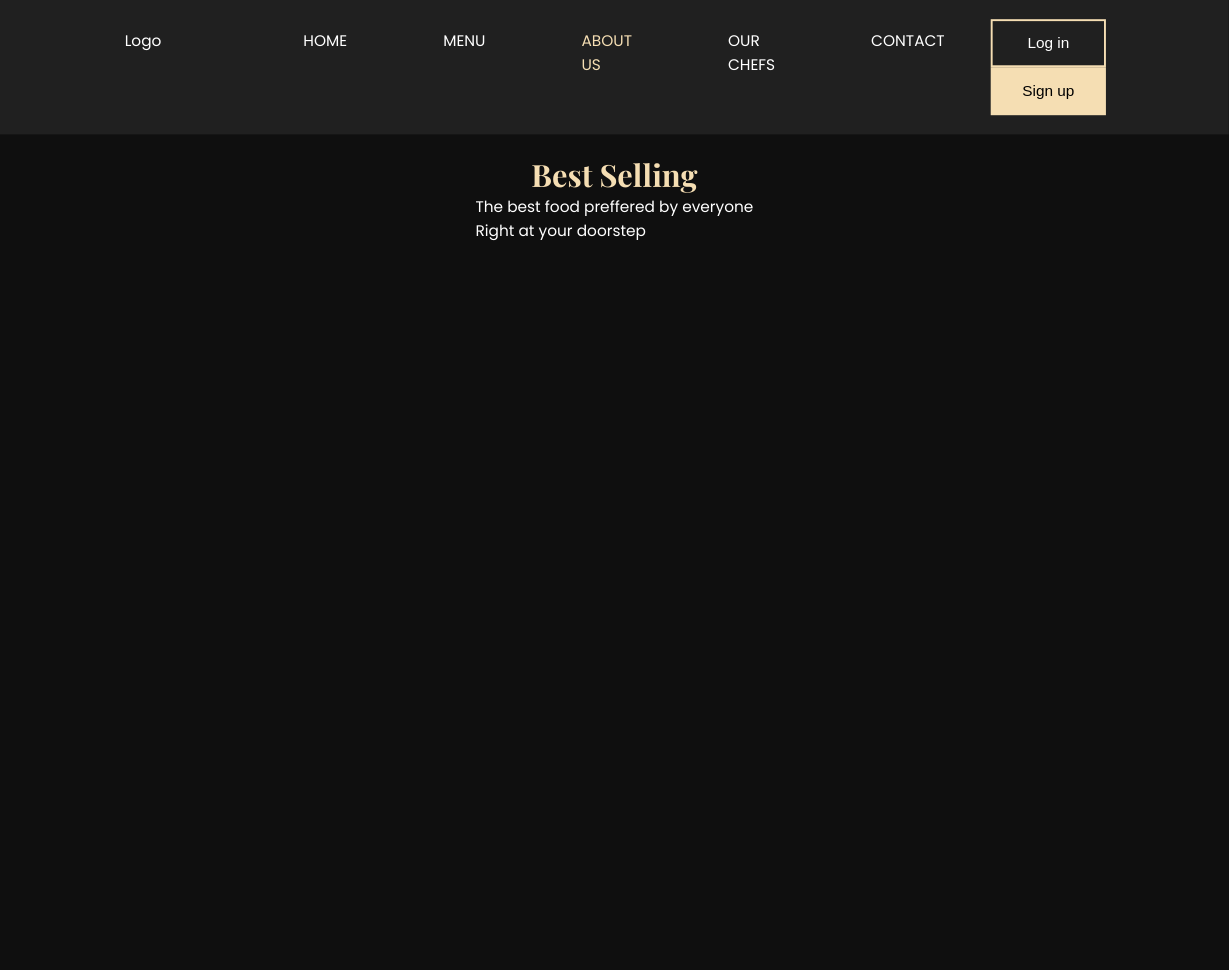
Repository: ThisIsSahaj/NSP
Page: about.html
An editor plug-in stored every save of this project. The page is shown before and after the next save, followed by the edit.
The browser window is 1280 px wide. The pictures show the whole page, at 96% of full size.

Above is the page before, as saved 2023-12-26 22:06:07.

After the next save:
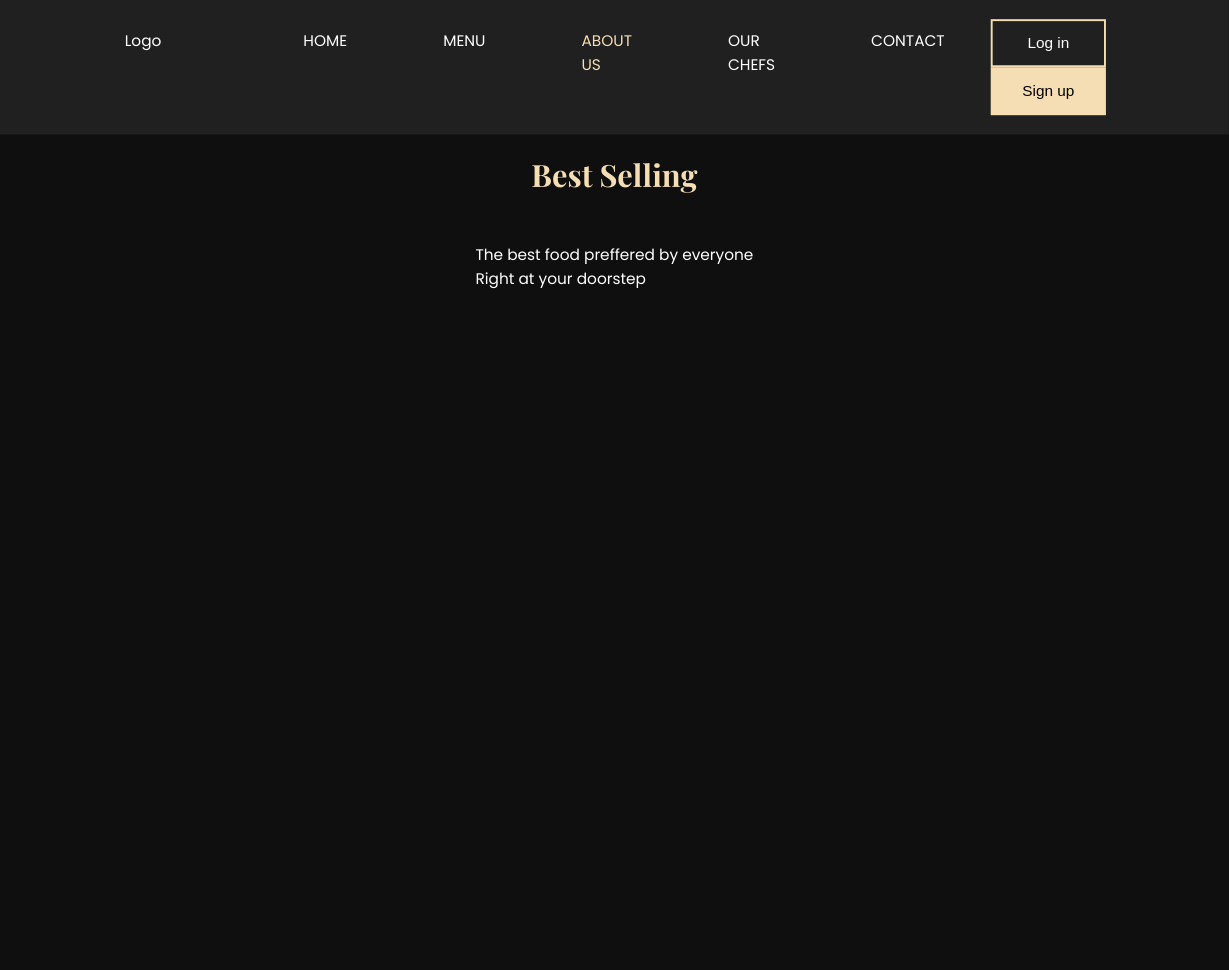
Saved 8 s later.
--- a/style.css
+++ b/style.css
@@ -169,4 +169,5 @@ align-items: center;
 
 .about h1{
     font-family: "Playfair Display";
+    margin: 50px;
     }
